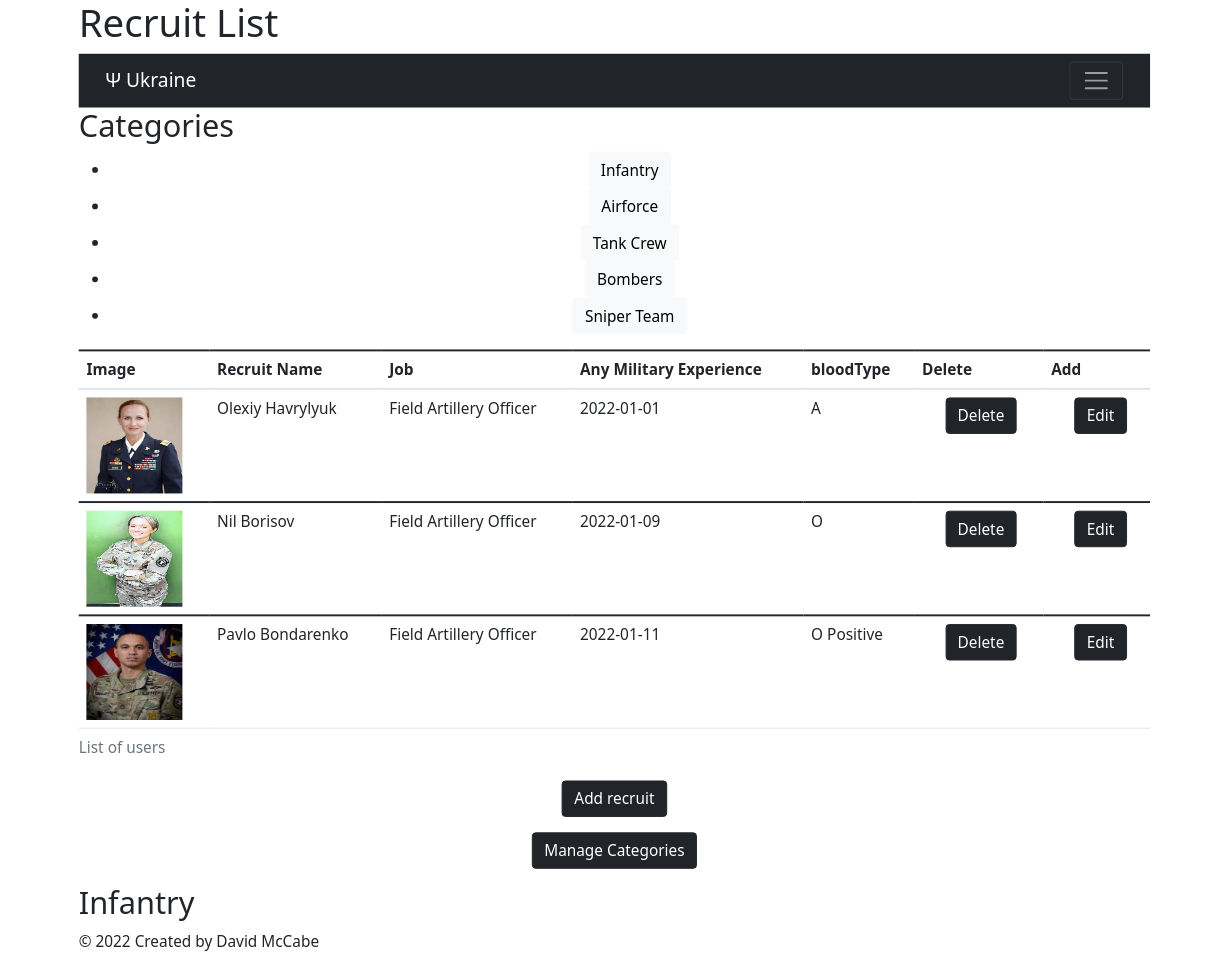
Repository: davidDKIT/ca2-davidmccabe-php
Page: http://localhost/delete_record.php
An editor plug-in stored every save of this project. The page is shown before and after the next save, followed by the edit.
The browser window is 1280 px wide. The pictures show the whole page, at 96% of full size.
Some web fonts or font styles are not loaded; a fallback is used. The page is run by PHP 8.4 with error messages shown; the project is at /var/www/html/. The database holds what the project's SQL file puts in it.

Above is the page before, as saved 2022-03-15 18:55:16.

After the next save:
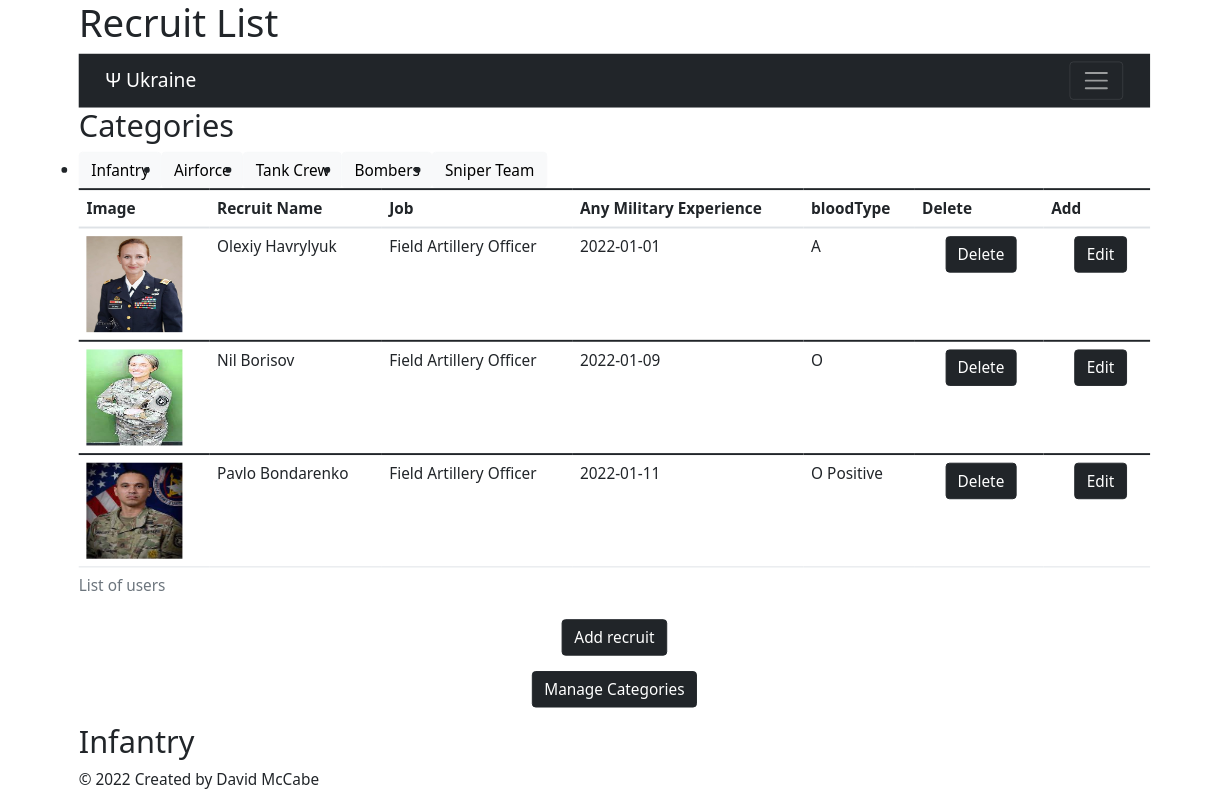
Saved 2 min 20 s later.
--- a/index.php
+++ b/index.php
@@ -54,7 +54,7 @@ $statement3->closeCursor();
     <!-- display a list of categories -->
     <h2>Categories</h2>
     <div class="text-center">
-        <ul>
+        <ul class = "list-group list-group-horizontal-sm">
             <?php foreach ($categories as $category) : ?>
                 <li>
                     <a class="btn btn-light" href=".?category_id=<?php echo $category['categoryID']; ?>">
